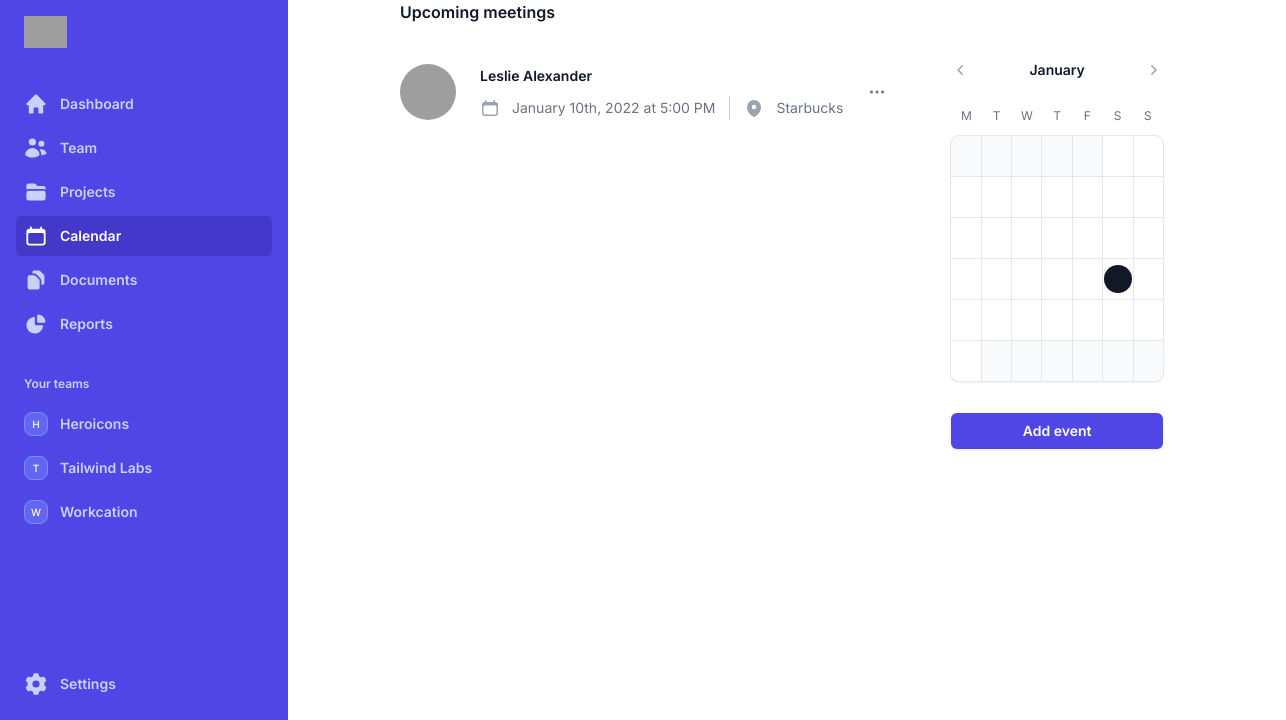
Repository: uh-sman/digital-x
Page: /calender
These files come from the project's save history. The page is drawn as it stood at one moment and after the next save; the edit follows.
The browser window is 1280 px wide. The page is 1280 px wide, then 1286 px, so the pictures cover 1286 px, including what lies to the right of the window. The pictures show the whole page.
Pictures or frames that could not be fetched are drawn as grey boxes. The project was rebuilt for these pictures with package versions that can differ from the ones it lists, and the page was loaded fresh each time. The framework's server and built-in components were replaced by stand-ins that run in the browser. Also part of the build but not shown: next.config.mjs.

Above is the page before, as saved 2024-04-02 10:39:55.

### app/layout.tsx
import type { Metadata } from "next";
import { Inter } from "next/font/google";
import "./globals.css";
import SideBar from "./(routes)/(components)/sidebar";
import { NavMenu } from "./(routes)/(components)/nav-menu";

const inter = Inter({ subsets: ["latin"] });

export const metadata: Metadata = {
  title: "Create Next App",
  description: "Generated by create next app",
};

export default function RootLayout({
  children,
}: Readonly<{
  children: React.ReactNode;
}>) {
  return (
    <html lang="en">
      <body className={inter.className}>
        <div className="flex gap-[400px] w-full">
          <SideBar />
            {/* <nav className="flex w-full">
            <NavMenu />
            </nav> */}
          <div>
            {children}
            </div>
        </div>
      </body>
    </html>
  );
}

### app/(routes)/calender/page.tsx
"use client"
import Image from "next/image";
// import SideBar from "./(components)/sidebar";

import { Fragment } from "react";
import {
  CalendarIcon,
  ChevronLeftIcon,
  ChevronRightIcon,
  EllipsisHorizontalIcon,
  MapPinIcon,
} from "@heroicons/react/20/solid";
import { Menu, Transition } from "@headlessui/react";

const meetings = [
  {
    id: 1,
    date: "January 10th, 2022",
    time: "5:00 PM",
    datetime: "2022-01-10T17:00",
    name: "Leslie Alexander",
    imageUrl:
      "https://images.unsplash.com/photo-1494790108377-be9c29b29330?ixlib=rb-1.2.1&ixid=eyJhcHBfaWQiOjEyMDd9&auto=format&fit=facearea&facepad=2&w=256&h=256&q=80",
    location: "Starbucks",
  },
  // More meetings...
];
const days = [
  { date: "2021-12-27" },
  { date: "2021-12-28" },
  { date: "2021-12-29" },
  { date: "2021-12-30" },
  { date: "2021-12-31" },
  { date: "2022-01-01", isCurrentMonth: true },
  { date: "2022-01-02", isCurrentMonth: true },
  { date: "2022-01-03", isCurrentMonth: true },
  { date: "2022-01-04", isCurrentMonth: true },
  { date: "2022-01-05", isCurrentMonth: true },
  { date: "2022-01-06", isCurrentMonth: true },
  { date: "2022-01-07", isCurrentMonth: true },
  { date: "2022-01-08", isCurrentMonth: true },
  { date: "2022-01-09", isCurrentMonth: true },
  { date: "2022-01-10", isCurrentMonth: true },
  { date: "2022-01-11", isCurrentMonth: true },
  { date: "2022-01-12", isCurrentMonth: true, isToday: true },
  { date: "2022-01-13", isCurrentMonth: true },
  { date: "2022-01-14", isCurrentMonth: true },
  { date: "2022-01-15", isCurrentMonth: true },
  { date: "2022-01-16", isCurrentMonth: true },
  { date: "2022-01-17", isCurrentMonth: true },
  { date: "2022-01-18", isCurrentMonth: true },
  { date: "2022-01-19", isCurrentMonth: true },
  { date: "2022-01-20", isCurrentMonth: true },
  { date: "2022-01-21", isCurrentMonth: true },
  { date: "2022-01-22", isCurrentMonth: true, isSelected: true },
  { date: "2022-01-23", isCurrentMonth: true },
  { date: "2022-01-24", isCurrentMonth: true },
  { date: "2022-01-25", isCurrentMonth: true },
  { date: "2022-01-26", isCurrentMonth: true },
  { date: "2022-01-27", isCurrentMonth: true },
  { date: "2022-01-28", isCurrentMonth: true },
  { date: "2022-01-29", isCurrentMonth: true },
  { date: "2022-01-30", isCurrentMonth: true },
  { date: "2022-01-31", isCurrentMonth: true },
  { date: "2022-02-01" },
  { date: "2022-02-02" },
  { date: "2022-02-03" },
  { date: "2022-02-04" },
  { date: "2022-02-05" },
  { date: "2022-02-06" },
];

function classNames(...classes: any) {
  return classes.filter(Boolean).join(" ");
}

const Calender = () => {
  return (
    <div>
      <h2 className="text-base font-semibold leading-6 text-gray-900">
        Upcoming meetings
      </h2>
      <div className="lg:grid lg:grid-cols-12 lg:gap-x-16">
        <div className="mt-10 text-center lg:col-start-8 lg:col-end-13 lg:row-start-1 lg:mt-9 xl:col-start-9">
          <div className="flex items-center text-gray-900">
            <button
              type="button"
              className="-m-1.5 flex flex-none items-center justify-center p-1.5 text-gray-400 hover:text-gray-500"
            >
              <span className="sr-only">Previous month</span>
              <ChevronLeftIcon className="h-5 w-5" aria-hidden="true" />
            </button>
            <div className="flex-auto text-sm font-semibold">January</div>
            <button
              type="button"
              className="-m-1.5 flex flex-none items-center justify-center p-1.5 text-gray-400 hover:text-gray-500"
            >
              <span className="sr-only">Next month</span>
              <ChevronRightIcon className="h-5 w-5" aria-hidden="true" />
            </button>
          </div>
          <div className="mt-6 grid grid-cols-7 text-xs leading-6 text-gray-500">
            <div>M</div>
            <div>T</div>
            <div>W</div>
            <div>T</div>
            <div>F</div>
            <div>S</div>
            <div>S</div>
          </div>
          <div className="isolate mt-2 grid grid-cols-7 gap-px rounded-lg bg-gray-200 text-sm shadow ring-1 ring-gray-200">
            {days.map((day, dayIdx) => (
              <button
                key={day.date}
                type="button"
                className={classNames(
                  "py-1.5 hover:bg-gray-100 focus:z-10",
                  day.isCurrentMonth ? "bg-white" : "bg-gray-50",
                  (day.isSelected || day.isToday) && "font-semibold",
                  day.isSelected && "text-white",
                  !day.isSelected &&
                    day.isCurrentMonth &&
                    !day.isToday &&
                    "text-gray-900",
                  !day.isSelected &&
                    !day.isCurrentMonth &&
                    !day.isToday &&
                    "text-gray-400",
                  day.isToday && !day.isSelected && "text-indigo-600",
                  dayIdx === 0 && "rounded-tl-lg",
                  dayIdx === 6 && "rounded-tr-lg",
                  dayIdx === days.length - 7 && "rounded-bl-lg",
                  dayIdx === days.length - 1 && "rounded-br-lg"
                )}
              >
                <time
                  dateTime={day.date}
                  className={classNames(
                    "mx-auto flex h-7 w-7 items-center justify-center rounded-full",
                    day.isSelected && day.isToday && "bg-indigo-600",
                    day.isSelected && !day.isToday && "bg-gray-900"
                  )}
                >
                  {/* {day.date.split('-').pop().replace(/^0/, '')} */}
                </time>
              </button>
            ))}
          </div>
          <button
            type="button"
            className="mt-8 w-full rounded-md bg-indigo-600 px-3 py-2 text-sm font-semibold text-white shadow hover:bg-indigo-500 focus-visible:outline focus-visible:outline-2 focus-visible:outline-offset-2 focus-visible:outline-indigo-600"
          >
            Add event
          </button>
        </div>
        <ol className="mt-4 divide-y divide-gray-100 text-sm leading-6 lg:col-span-7 xl:col-span-8">
          {meetings.map((meeting) => (
            <li
              key={meeting.id}
              className="relative flex space-x-6 py-6 xl:static"
            >
              <img
                src={meeting.imageUrl}
                alt=""
                className="h-14 w-14 flex-none rounded-full"
              />
              <div className="flex-auto">
                <h3 className="pr-10 font-semibold text-gray-900 xl:pr-0">
                  {meeting.name}
                </h3>
                <dl className="mt-2 flex flex-col text-gray-500 xl:flex-row">
                  <div className="flex items-start space-x-3">
                    <dt className="mt-0.5">
                      <span className="sr-only">Date</span>
                      <CalendarIcon
                        className="h-5 w-5 text-gray-400"
                        aria-hidden="true"
                      />
                    </dt>
                    <dd>
                      <time dateTime={meeting.datetime}>
                        {meeting.date} at {meeting.time}
                      </time>
                    </dd>
                  </div>
                  <div className="mt-2 flex items-start space-x-3 xl:ml-3.5 xl:mt-0 xl:border-l xl:border-gray-400 xl:border-opacity-50 xl:pl-3.5">
                    <dt className="mt-0.5">
                      <span className="sr-only">Location</span>
                      <MapPinIcon
                        className="h-5 w-5 text-gray-400"
                        aria-hidden="true"
                      />
                    </dt>
                    <dd>{meeting.location}</dd>
                  </div>
                </dl>
              </div>
              <Menu
                as="div"
                className="absolute right-0 top-6 xl:relative xl:right-auto xl:top-auto xl:self-center"
              >
                <div>
                  <Menu.Button className="-m-2 flex items-center rounded-full p-2 text-gray-500 hover:text-gray-600">
                    <span className="sr-only">Open options</span>
                    <EllipsisHorizontalIcon
                      className="h-5 w-5"
                      aria-hidden="true"
                    />
                  </Menu.Button>
                </div>

                <Transition
                  as={Fragment}
                  enter="transition ease-out duration-100"
                  enterFrom="transform opacity-0 scale-95"
                  enterTo="transform opacity-100 scale-100"
                  leave="transition ease-in duration-75"
                  leaveFrom="transform opacity-100 scale-100"
                  leaveTo="transform opacity-0 scale-95"
                >
                  <Menu.Items className="absolute right-0 z-10 mt-2 w-36 origin-top-right rounded-md bg-white shadow-lg ring-1 ring-black ring-opacity-5 focus:outline-none">
                    <div className="py-1">
                      <Menu.Item>
                        {({ active }) => (
                          <a
                            href="#"
                            className={classNames(
                              active
                                ? "bg-gray-100 text-gray-900"
                                : "text-gray-700",
                              "block px-4 py-2 text-sm"
                            )}
                          >
                            Edit
                          </a>
                        )}
                      </Menu.Item>
                      <Menu.Item>
                        {({ active }) => (
                          <a
                            href="#"
                            className={classNames(
                              active
                                ? "bg-gray-100 text-gray-900"
                                : "text-gray-700",
                              "block px-4 py-2 text-sm"
                            )}
                          >
                            Cancel
                          </a>
                        )}
                      </Menu.Item>
                    </div>
                  </Menu.Items>
                </Transition>
              </Menu>
            </li>
          ))}
        </ol>
      </div>
    </div>
  );
};

export default Calender;

### app/(routes)/(components)/sidebar.tsx
"use client"
import {  Fragment, useState } from "react";
import { Dialog, Menu, Transition } from '@headlessui/react'
import { useRouter, usePathname } from "next/navigation";
import {
    Bars3Icon,
    BellIcon,
    CalendarIcon,
  ChartPieIcon,
  ChevronDownIcon,
  Cog6ToothIcon,
  DocumentDuplicateIcon,
  FolderIcon,
  HomeIcon,
  MagnifyingGlassIcon,
  UsersIcon,
  XMarkIcon,
} from "@heroicons/react/20/solid";


const teams = [
    { id: 1, name: 'Heroicons', href: '#', initial: 'H', current: false },
    { id: 2, name: 'Tailwind Labs', href: '#', initial: 'T', current: false },
    { id: 3, name: 'Workcation', href: '#', initial: 'W', current: false },
]

const userNavigation = [
    { name: 'Your profile', href: '#' },
    { name: 'Sign out', href: '#' },
]

function classNames(...classes:any) {
    return classes.filter(Boolean).join(' ')
}

const SideBar = () => {

    const [sidebarOpen, setSidebarOpen] = useState(false)
    const { push } = useRouter()
    const pathname = usePathname()
    const navigation = [
        { name: "Dashboard", href: "/", icon: HomeIcon, pathname: pathname === "/" },
        { name: "Team", href: "/team", icon: UsersIcon, pathname: pathname === "/team" },
        { name: "Projects", href: "/projects", icon: FolderIcon, pathname: pathname === "/projects" },
      { name: "Calendar", href: "/calender", icon: CalendarIcon, pathname: pathname === "/calender" },
      {
          href: "#",
          icon: DocumentDuplicateIcon,
          pathname: pathname === "/documents",
          name: "Documents",
        },
        { name: "Reports", href: "#", icon: ChartPieIcon, pathname: pathname === "/reports" },
    ];
        return (
            <>
      {/*
        This example requires updating your template:

        ```
        <html class="h-full bg-white">
        <body class="h-full">
        ```
    */}
      <div>
        <Transition.Root show={sidebarOpen} as={Fragment}>
          <Dialog as="div" className="relative z-50 lg:hidden" onClose={setSidebarOpen}>
            <Transition.Child
              as={Fragment}
              enter="transition-opacity ease-linear duration-300"
              enterFrom="opacity-0"
              enterTo="opacity-100"
              leave="transition-opacity ease-linear duration-300"
              leaveFrom="opacity-100"
              leaveTo="opacity-0"
            >
              <div className="fixed inset-0 bg-gray-900/80" />
            </Transition.Child>

            <div className="fixed inset-0 flex">
              <Transition.Child
                as={Fragment}
                enter="transition ease-in-out duration-300 transform"
                enterFrom="-translate-x-full"
                enterTo="translate-x-0"
                leave="transition ease-in-out duration-300 transform"
                leaveFrom="translate-x-0"
                leaveTo="-translate-x-full"
              >
                <Dialog.Panel className="relative mr-16 flex w-full max-w-xs flex-1">
                  <Transition.Child
                    as={Fragment}
                    enter="ease-in-out duration-300"
                    enterFrom="opacity-0"
                    enterTo="opacity-100"
                    leave="ease-in-out duration-300"
                    leaveFrom="opacity-100"
                    leaveTo="opacity-0"
                  >
                    <div className="absolute left-full top-0 flex w-16 justify-center pt-5">
                      <button type="button" className="-m-2.5 p-2.5" onClick={() => setSidebarOpen(false)}>
                        <span className="sr-only">Close sidebar</span>
                        <XMarkIcon className="h-6 w-6 text-white" aria-hidden="true" />
                      </button>
                    </div>
                  </Transition.Child>
                  {/* Sidebar component, swap this element with another sidebar if you like */}
                  <div className="flex grow flex-col gap-y-5 overflow-y-auto bg-indigo-600 px-6 pb-4">
                    <div className="flex h-16 shrink-0 items-center">
                        {/* HUB Project */}
                      <img
                        className="h-8 w-auto"
                        src="https://tailwindui.com/img/logos/mark.svg?color=white"
                        alt="Your Company"
                      />
                    </div>
                    {/* SIDE-NAV */}
                    <nav className="flex flex-1 flex-col">
                      <ul role="list" className="flex flex-1 flex-col gap-y-7">
                        <li>
                          <ul role="list" className="-mx-2 space-y-1">
                            {navigation.map((item) => (
                              <li key={item.name}>
                                <a
                                  href={item.href}
                                  className={classNames(
                                    item.pathname
                                      ? 'bg-indigo-700 text-white'
                                      : 'text-indigo-200 hover:text-white hover:bg-indigo-700',
                                    'group flex gap-x-3 rounded-md p-2 text-sm leading-6 font-semibold'
                                  )}
                                >
                                  <item.icon
                                    className={classNames(
                                      item.pathname ? 'text-white' : 'text-indigo-200 group-hover:text-white',
                                      'h-6 w-6 shrink-0'
                                    )}
                                    aria-hidden="true"
                                  />
                                  {item.name}
                                </a>
                              </li>
                            ))}
                          </ul>
                        </li>
                        <li>
                          <div className="text-xs font-semibold leading-6 text-indigo-200">Your teams</div>
                          <ul role="list" className="-mx-2 mt-2 space-y-1">
                            {teams.map((team) => (
                              <li key={team.name}>
                                <a
                                  href={team.href}
                                  className={classNames(
                                    team.current
                                      ? 'bg-indigo-700 text-white'
                                      : 'text-indigo-200 hover:text-white hover:bg-indigo-700',
                                    'group flex gap-x-3 rounded-md p-2 text-sm leading-6 font-semibold'
                                  )}
                                >
                                  <span className="flex h-6 w-6 shrink-0 items-center justify-center rounded-lg border border-indigo-400 bg-indigo-500 text-[0.625rem] font-medium text-white">
                                    {team.initial}
                                  </span>
                                  <span className="truncate">{team.name}</span>
                                </a>
                              </li>
                            ))}
                          </ul>
                        </li>
                        <li className="mt-auto">
                          <a
                            href="#"
                            className="group -mx-2 flex gap-x-3 rounded-md p-2 text-sm font-semibold leading-6 text-indigo-200 hover:bg-indigo-700 hover:text-white"
                          >
                            <Cog6ToothIcon
                              className="h-6 w-6 shrink-0 text-indigo-200 group-hover:text-white"
                              aria-hidden="true"
                            />
                            Settings
                          </a>
                        </li>
                      </ul>
                    </nav>
                  </div>
                </Dialog.Panel>
              </Transition.Child>
            </div>
          </Dialog>
        </Transition.Root>

        {/* Static sidebar for desktop */}
        <div className="hidden lg:fixed lg:inset-y-0 lg:z-50 lg:flex lg:w-72 lg:flex-col">
          {/* Sidebar component, swap this element with another sidebar if you like */}
          <div className="flex grow flex-col gap-y-5 overflow-y-auto bg-indigo-600 px-6 pb-4">
            <div className="flex h-16 shrink-0 items-center">
              <img
                className="h-8 w-auto"
                src="https://tailwindui.com/img/logos/mark.svg?color=white"
                alt="Your Company"
              />
            </div>
            <nav className="flex flex-1 flex-col">
              <ul role="list" className="flex flex-1 flex-col gap-y-7">
                <li>
                  <ul role="list" className="-mx-2 space-y-1">
                    {navigation.map((item) => (
                      <li key={item.name}>
                        <a
                          href={item.href}
                          className={classNames(
                            item.pathname
                              ? 'bg-indigo-700 text-white'
                              : 'text-indigo-200 hover:text-white hover:bg-indigo-700',
                            'group flex gap-x-3 rounded-md p-2 text-sm leading-6 font-semibold'
                          )}
                        >
                          <item.icon
                            className={classNames(
                              item.pathname ? 'text-white' : 'text-indigo-200 group-hover:text-white',
                              'h-6 w-6 shrink-0'
                            )}
                            aria-hidden="true"
                          />
                          {item.name}
                        </a>
                      </li>
                    ))}
                  </ul>
                </li>
                <li>
                  <div className="text-xs font-semibold leading-6 text-indigo-200">Your teams</div>
                  <ul role="list" className="-mx-2 mt-2 space-y-1">
                    {teams.map((team) => (
                      <li key={team.name}>
                        <a
                          href={team.href}
                          className={classNames(
                            team.current
                              ? 'bg-indigo-700 text-white'
                              : 'text-indigo-200 hover:text-white hover:bg-indigo-700',
                            'group flex gap-x-3 rounded-md p-2 text-sm leading-6 font-semibold'
                          )}
                        >
                          <span className="flex h-6 w-6 shrink-0 items-center justify-center rounded-lg border border-indigo-400 bg-indigo-500 text-[0.625rem] font-medium text-white">
                            {team.initial}
                          </span>
                          <span className="truncate">{team.name}</span>
                        </a>
                      </li>
                    ))}
                  </ul>
                </li>
                <li className="mt-auto">
                  <a
                    href="#"
                    className="group -mx-2 flex gap-x-3 rounded-md p-2 text-sm font-semibold leading-6 text-indigo-200 hover:bg-indigo-700 hover:text-white"
                  >
                    <Cog6ToothIcon
                      className="h-6 w-6 shrink-0 text-indigo-200 group-hover:text-white"
                      aria-hidden="true"
                    />
                    Settings
                  </a>
                </li>
              </ul>
            </nav>
          </div>
        </div>
      </div>
    </>
  )
}

export default SideBar

### tailwind.config.ts
import type { Config } from "tailwindcss";

const config: Config = {
  content: [
    "./pages/**/*.{js,ts,jsx,tsx,mdx}",
    "./components/**/*.{js,ts,jsx,tsx,mdx}",
    "./app/**/*.{js,ts,jsx,tsx,mdx}",
  ],
  theme: {
    extend: {
      backgroundImage: {
        "gradient-radial": "radial-gradient(var(--tw-gradient-stops))",
        "gradient-conic":
          "conic-gradient(from 180deg at 50% 50%, var(--tw-gradient-stops))",
      },
    },
  },
  plugins: [
    require("@tailwindcss/forms"),
  ],
};
export default config;

Loaded but not shown: app/globals.css (common file)

After the next save:
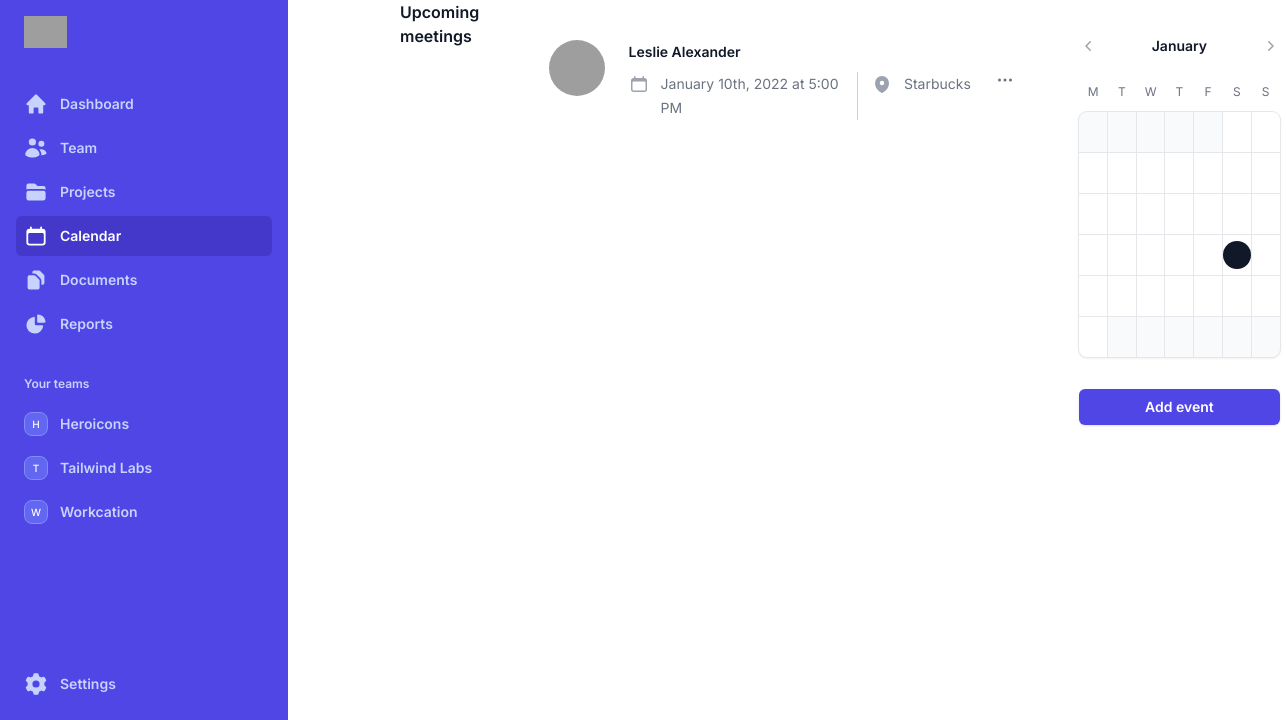
Saved 25 s later.
--- a/app/(routes)/calender/page.tsx
+++ b/app/(routes)/calender/page.tsx
@@ -76,7 +76,7 @@ function classNames(...classes: any) {
 
 const Calender = () => {
   return (
-    <div>
+    <div className="flex justify-between">
       <h2 className="text-base font-semibold leading-6 text-gray-900">
         Upcoming meetings
       </h2>
